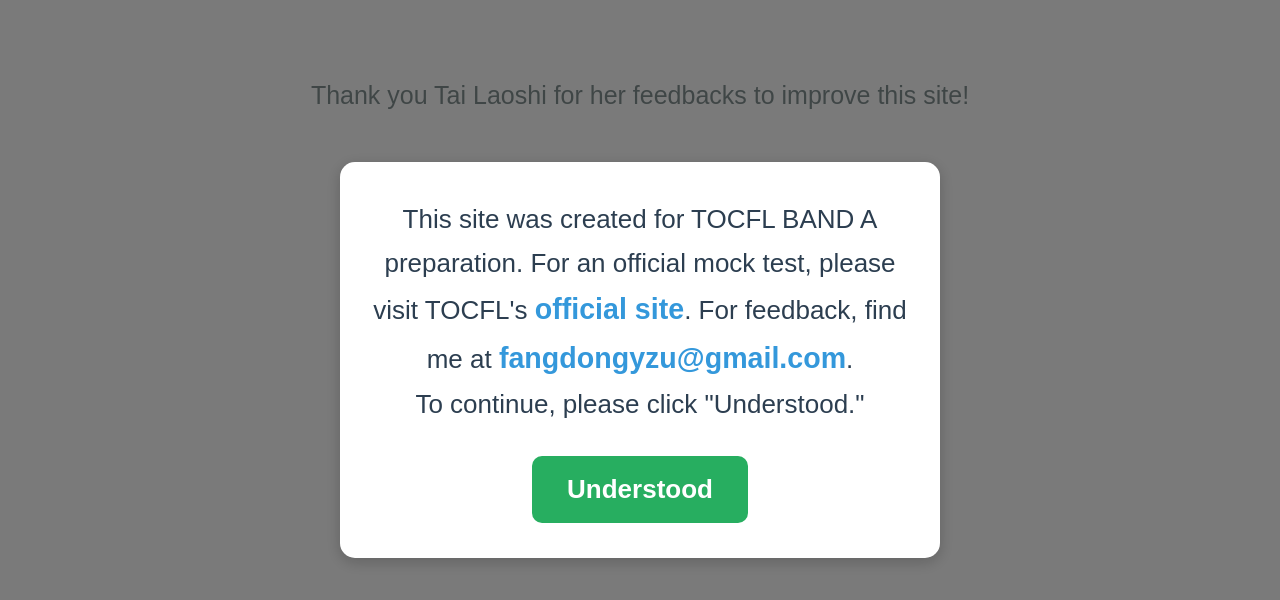
Repository: fangdongyzu/tocflmock
Page: index.html
These files come from the project's save history. The page is drawn as it stood at one moment and after the next save; the edit follows.
The browser window is 1280 px wide. The pictures show the whole page.

Above is the page before, as saved 2025-12-23 16:57:41.

### index.html
<!DOCTYPE html>
<html lang="en">
<head>
<meta charset="UTF-8">
<meta name="viewport" content="width=device-width, initial-scale=1.0">
<title>TOCFL MOCK BAND A PRACTICE</title>
<link rel="stylesheet" href="styles.css">
</head>
<body>

<div class="container">
    <!-- Modal -->
    <div id="modal">
        <div id="modalContent">
            <p>
                This site was created for TOCFL BAND A preparation. For an official mock test, please visit TOCFL's
                <a href="https://cbt.sc-top.org.tw/sctopj/" target="_blank">official site</a>. For feedback, find me at <a href="mailto:fangdongyzu@gmail.com">fangdongyzu@gmail.com</a>.<br>To continue, please click "Understood."
            </p>
            <button id="understoodBtn">Understood</button>
        </div>
    </div>

    <!-- Main Page -->
    <div id="mainPage">
        <header>
            <h1>TOCFL MOCK BAND A PRACTICE</h1>
            <p>Select a mock test to begin your practice</p>
        </header>

        <div class="mock-selection">
            <div class="mock" data-mock="5" data-reading="https://fangdongyzu.github.io/tocfl-mock5-reading/" data-listening="https://fangdongyzu.github.io/tocfl-mock5-listening/">
                <strong>MOCK 5</strong>
            </div>

            <div class="mock" data-mock="4" data-reading="https://fangdongyzu.github.io/tocfl-mock4-reading/" data-listening="https://fangdongyzu.github.io/tocfl-mock4-listening/">
                <strong>MOCK 4</strong>
            </div>

            <div class="mock" data-mock="3" data-reading="https://fangdongyzu.github.io/tocfl-mock3-reading/" data-listening="https://fangdongyzu.github.io/tocfl-mock3-listening/">
                <strong>MOCK 3</strong>
            </div>

            <div class="mock" data-mock="2" data-reading="https://fangdongyzu.github.io/tocfl-mock2-reading/" data-listening="https://fangdongyzu.github.io/tocfl-mock2-listening/">
                <strong>MOCK 2</strong>
            </div>

            <div class="mock" data-mock="1" data-reading="https://fangdongyzu.github.io/tocfl-mock1-reading/" data-listening="https://fangdongyzu.github.io/tocfl-mock1-listening/">
                <strong>MOCK 1</strong>
            </div>
        </div>
    </div>

    <!-- Choice Popup -->
    <div id="choicePopup">
        <p id="popupTitle"></p>
        <div class="buttons">
            <a id="readingBtn" target="_self"><button>Reading</button></a>
            <a id="listeningBtn" target="_self"><button>Listening</button></a>
        </div>
        <button id="closePopup">Exit</button>
    </div>
</div>

<script>
document.addEventListener('DOMContentLoaded', () => {
    const modal = document.getElementById('modal');
    const understoodBtn = document.getElementById('understoodBtn');
    const mainPage = document.getElementById('mainPage');
    const choicePopup = document.getElementById('choicePopup');
    const popupTitle = document.getElementById('popupTitle');
    const readingBtn = document.getElementById('readingBtn');
    const listeningBtn = document.getElementById('listeningBtn');
    const closePopup = document.getElementById('closePopup');

    // Show modal only once per session
    if (sessionStorage.getItem('tocflModalShown') === 'true') {
        modal.style.display = 'none';
        mainPage.style.display = 'block';
    } else {
        modal.style.display = 'flex';
        mainPage.style.display = 'none';
    }

    // Modal button
    understoodBtn.addEventListener('click', () => {
        modal.style.display = 'none';
        mainPage.style.display = 'block';
        sessionStorage.setItem('tocflModalShown', 'true');
    });

    // MOCK click to open popup
    document.querySelectorAll('.mock').forEach(mock => {
        mock.addEventListener('click', () => {
            const mockNumber = mock.dataset.mock;
            const readingLink = mock.dataset.reading;
            const listeningLink = mock.dataset.listening;

            popupTitle.textContent = `MOCK ${mockNumber}`;

            if (readingLink) {
                readingBtn.href = readingLink;
                readingBtn.style.display = 'inline-block';
            } else {
                readingBtn.style.display = 'none';
            }

            if (listeningLink) {
                listeningBtn.href = listeningLink;
                listeningBtn.style.display = 'inline-block';
            } else {
                listeningBtn.style.display = 'none';
            }

            choicePopup.style.display = 'flex';
        });
    });

    // Close popup
    closePopup.addEventListener('click', () => {
        choicePopup.style.display = 'none';
    });
});
</script>

</body>
<footer>
    <p>Thank you Tai Laoshi for her feedbacks to improve this site!</p>
</footer>
</html>

### styles.css
* {
    margin: 0;
    padding: 0;
    box-sizing: border-box;
}

body {
    font-family: 'Microsoft JhengHei', '微軟正黑體', Arial, sans-serif;
    line-height: 1.6;
    color: #333;
    background-color: #f5f5f5;
    font-size: 20px; /* Increased base font size */
    min-height: 100vh;
}

.container {
    max-width: 850px;
    margin: 0 auto;
    padding: 20px;
}

/* Modal */
#modal {
    position: fixed;
    top: 0;
    left: 0;
    width: 100%;
    height: 100%;
    background: rgba(0, 0, 0, 0.5);
    display: flex;
    justify-content: center;
    align-items: center;
    z-index: 1000;
    padding: 15px;
}

#modalContent {
    background: white;
    padding: 35px 30px; /* Increased padding */
    border-radius: 15px; /* Larger border radius */
    box-shadow: 0 4px 15px rgba(0,0,0,0.2); /* Enhanced shadow */
    max-width: 600px; /* Slightly wider */
    width: 100%;
    text-align: center;
    line-height: 1.7; /* Improved line height */
}

#modalContent p {
    margin-bottom: 30px;
    color: #2c3e50;
    font-size: 1.3em; /* Larger modal text */
    font-weight: 500; /* Slightly bolder */
}

#modalContent a {
    color: #3498db;
    text-decoration: none;
    font-weight: bold;
    font-size: 1.1em; /* Larger link text */
}

#modalContent a:hover {
    text-decoration: underline;
}

#modalContent button {
    padding: 18px 35px; /* Larger button */
    background: #27ae60;
    color: white;
    border: none;
    border-radius: 10px; /* Larger border radius */
    cursor: pointer;
    font-size: 1.3em; /* Larger button text */
    font-weight: bold;
    transition: background 0.3s;
    min-width: 180px; /* Wider button */
    min-height: 60px; /* Taller button */
}

#modalContent button:hover {
    background: #229954;
    transform: translateY(-2px); /* Added hover effect */
    box-shadow: 0 4px 8px rgba(0,0,0,0.2);
}

/* Main Page */
#mainPage {
    display: none;
    text-align: center;
    padding: 20px;
}

header {
    text-align: center;
    margin-bottom: 35px; /* Increased spacing */
    background: white;
    padding: 30px 25px; /* Increased padding */
    border-radius: 15px; /* Larger border radius */
    box-shadow: 0 4px 15px rgba(0,0,0,0.1); /* Enhanced shadow */
}

header h1 {
    color: #2c3e50;
    margin-bottom: 20px; /* Increased spacing */
    font-size: 2.5em; /* Larger heading */
    font-weight: 700; /* Bolder */
    line-height: 1.3; /* Better line height */
}

header p {
    color: #7f8c8d;
    font-size: 1.4em; /* Larger subtitle */
    font-weight: 500;
}

/* Mock Selection Styling */
.mock-selection {
    background: white;
    padding: 35px 30px; /* Increased padding */
    border-radius: 15px; /* Larger border radius */
    box-shadow: 0 4px 15px rgba(0,0,0,0.1); /* Enhanced shadow */
    margin-bottom: 25px; /* Increased spacing */
}

.mock {
    margin: 25px 0; /* Increased spacing */
    padding: 25px 20px; /* Increased padding */
    background: #f8f9fa;
    border: 3px solid #e9ecef; /* Thicker border */
    border-radius: 12px; /* Larger border radius */
    cursor: pointer;
    transition: all 0.3s;
    font-size: 1.4em; /* Larger text */
    min-height: 85px; /* Taller items */
    display: flex;
    align-items: center;
    justify-content: center;
    text-align: center;
}

.mock:hover {
    background: #e9ecef;
    border-color: #3498db;
    transform: translateY(-3px); /* Enhanced hover effect */
    box-shadow: 0 6px 12px rgba(0,0,0,0.15);
}

.mock strong {
    color: #2c3e50;
    font-size: 1.6em; /* Larger mock text */
    font-weight: 600;
    line-height: 1.4;
}

/* Choice Popup */
#choicePopup {
    position: fixed;
    top: 50%;
    left: 50%;
    transform: translate(-50%, -50%);
    background: white;
    padding: 35px 30px; /* Increased padding */
    border-radius: 15px; /* Larger border radius */
    box-shadow: 0 4px 20px rgba(0,0,0,0.2); /* Enhanced shadow */
    display: none;
    flex-direction: column;
    align-items: center;
    z-index: 2000;
    max-width: 550px; /* Slightly wider */
    width: 95%; /* More responsive width */
}

#popupTitle {
    font-size: 2em; /* Larger title */
    color: #2c3e50;
    margin-bottom: 30px; /* Increased spacing */
    text-align: center;
    font-weight: 700;
    line-height: 1.3;
}

#choicePopup .buttons {
    display: flex;
    gap: 25px; /* Increased gap */
    margin-bottom: 30px; /* Increased spacing */
    width: 100%;
    justify-content: center;
    flex-wrap: wrap; /* Allow wrapping on small screens */
}

#choicePopup .buttons a {
    text-decoration: none;
    flex: 1;
    min-width: 160px; /* Minimum width for buttons */
    max-width: 200px; /* Maximum width */
}

#choicePopup .buttons button {
    width: 100%;
    padding: 20px 25px; /* Larger padding */
    background: #3498db;
    color: white;
    border: none;
    border-radius: 12px; /* Larger border radius */
    cursor: pointer;
    font-size: 1.3em; /* Larger text */
    font-weight: bold;
    transition: all 0.3s;
    min-height: 70px; /* Taller buttons */
    line-height: 1.4;
}

#choicePopup .buttons button:hover {
    background: #2980b9;
    transform: translateY(-2px);
    box-shadow: 0 4px 8px rgba(0,0,0,0.2);
}

#choicePopup #closePopup {
    padding: 18px 30px; /* Larger padding */
    background: #e74c3c;
    color: white;
    border: none;
    border-radius: 12px; /* Larger border radius */
    cursor: pointer;
    font-size: 1.2em; /* Larger text */
    font-weight: bold;
    transition: all 0.3s;
    min-width: 140px; /* Wider button */
    min-height: 60px; /* Taller button */
    margin-top: 10px;
}

#choicePopup #closePopup:hover {
    background: #c0392b;
    transform: translateY(-2px);
    box-shadow: 0 4px 8px rgba(0,0,0,0.2);
}

/* Enhanced Responsive Design for Mobile */
@media (max-width: 768px) {
    body {
        font-size: 18px; /* Larger base font size for tablets */
    }

    .container {
        padding: 15px;
        max-width: 100%;
    }

    #modal {
        padding: 10px;
    }

    #modalContent {
        padding: 30px 25px;
        margin: 10px;
    }

    #modalContent p {
        font-size: 1.2em; /* Adjusted for mobile */
        line-height: 1.6;
    }

    #modalContent button {
        padding: 16px 30px;
        font-size: 1.2em;
        min-width: 160px;
        min-height: 55px;
    }

    header {
        padding: 25px 20px;
        margin-bottom: 25px;
        border-radius: 12px;
    }

    header h1 {
        font-size: 2em; /* Adjusted for mobile */
        margin-bottom: 15px;
        line-height: 1.3;
    }

    header p {
        font-size: 1.2em;
    }

    .mock-selection {
        padding: 25px 20px;
        border-radius: 12px;
    }

    .mock {
        padding: 22px 18px;
        font-size: 1.2em;
        min-height: 75px;
        margin: 20px 0;
        border-radius: 10px;
        border-width: 2px;
    }

    .mock strong {
        font-size: 1.4em;
    }

    #choicePopup {
        padding: 30px 25px;
        border-radius: 12px;
        width: 90%;
    }

    #popupTitle {
        font-size: 1.7em;
        margin-bottom: 25px;
    }

    #choicePopup .buttons {
        flex-direction: column;
        gap: 20px;
        width: 100%;
    }

    #choicePopup .buttons a {
        min-width: 100%;
        max-width: 100%;
    }

    #choicePopup .buttons button {
        min-height: 65px;
        font-size: 1.2em;
        padding: 18px 20px;
    }

    #choicePopup #closePopup {
        min-width: 100%;
        font-size: 1.1em;
        padding: 16px 25px;
        min-height: 55px;
    }
}

@media (max-width: 480px) {
    body {
        font-size: 16px; /* Base size for small mobile */
    }

    .container {
        padding: 10px;
    }

    header {
        padding: 20px 15px;
        border-radius: 10px;
    }

    header h1 {
        font-size: 1.8em; /* Larger for small screens */
        line-height: 1.3;
    }

    header p {
        font-size: 1.1em;
    }

    .mock-selection {
        padding: 20px 15px;
        border-radius: 10px;
    }

    .mock {
        padding: 20px 15px;
        min-height: 70px;
        margin: 18px 0;
        border-radius: 8px;
        font-size: 1.1em;
    }

    .mock strong {
        font-size: 1.3em;
        line-height: 1.4;
    }

    #modalContent {
        padding: 25px 20px;
    }

    #modalContent p {
        font-size: 1.1em;
    }

    #modalContent button {
        padding: 15px 25px;
        font-size: 1.1em;
        min-width: 140px;
        min-height: 50px;
    }

    #choicePopup {
        padding: 25px 20px;
        border-radius: 10px;
    }

    #popupTitle {
        font-size: 1.5em;
        margin-bottom: 20px;
    }

    #choicePopup .buttons button {
        min-height: 60px;
        font-size: 1.1em;
        padding: 16px 18px;
    }

    #choicePopup #closePopup {
        padding: 15px 20px;
        min-height: 50px;
        font-size: 1.1em;
    }
}

/* Extra small devices (phones under 360px) */
@media (max-width: 360px) {
    body {
        font-size: 15px;
    }

    header h1 {
        font-size: 1.6em;
    }

    .mock strong {
        font-size: 1.2em;
    }

    #modalContent p {
        font-size: 1em;
    }

    #popupTitle {
        font-size: 1.3em;
    }
}

/* Accessibility: Ensure good contrast and touch targets */
@media (max-width: 768px) {
    .mock,
    #modalContent button,
    #choicePopup .buttons button,
    #choicePopup #closePopup {
        min-height: 44px; /* Minimum touch target size */
    }

    /* Increase tap targets for mobile */
    .mock {
        padding: 20px 15px;
    }
}

/* Prevent text size adjustment on orientation change */
html {
    -webkit-text-size-adjust: 100%;
    text-size-adjust: 100%;
}

/* Footer Styling */
footer {
    text-align: center;
    margin-top: 12px;      /* Creates space between content and footer */
    margin-bottom: 12px;
    padding: 25px 20px;

}

footer p {
    color: #7f8c8d;        /* Matches your header subtitle color */
    font-size: 1.25em;      /* Slightly smaller than main text for hierarchy */
    font-weight: 500;
    line-height: 1.5;
}

After the next save:
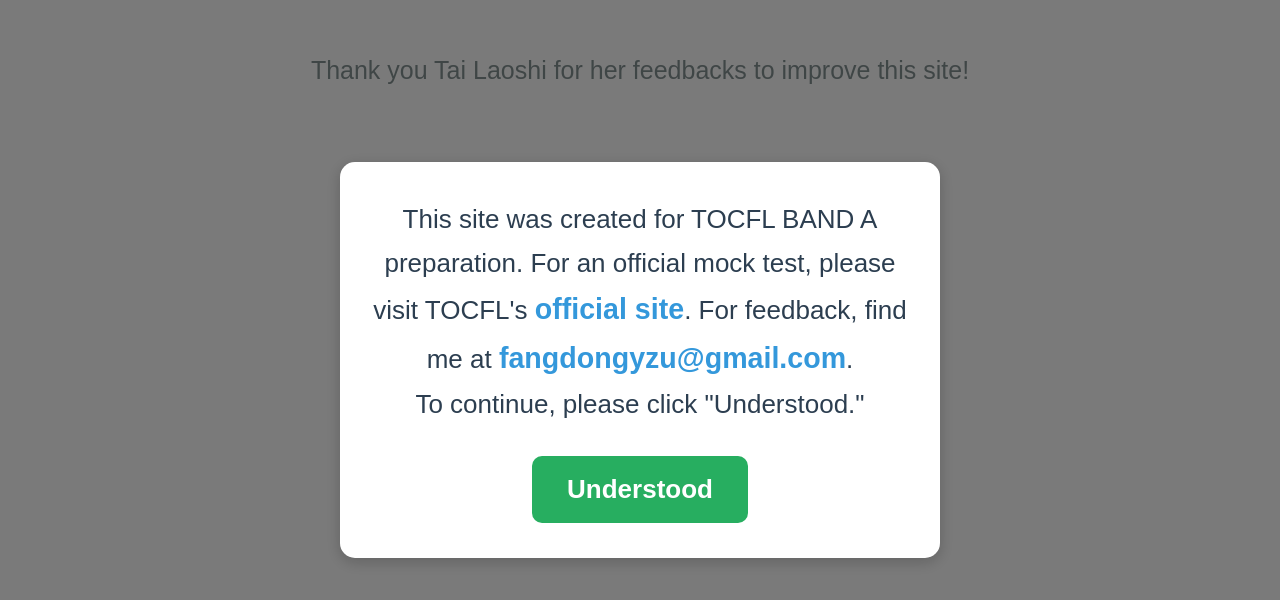
Saved 38 s later.
--- a/styles.css
+++ b/styles.css
@@ -467,7 +467,7 @@
     text-align: center;
     margin-top: 12px;      /* Creates space between content and footer */
     margin-bottom: 12px;
-    padding: 25px 20px;
+
 
 }
 

After the save that followed:
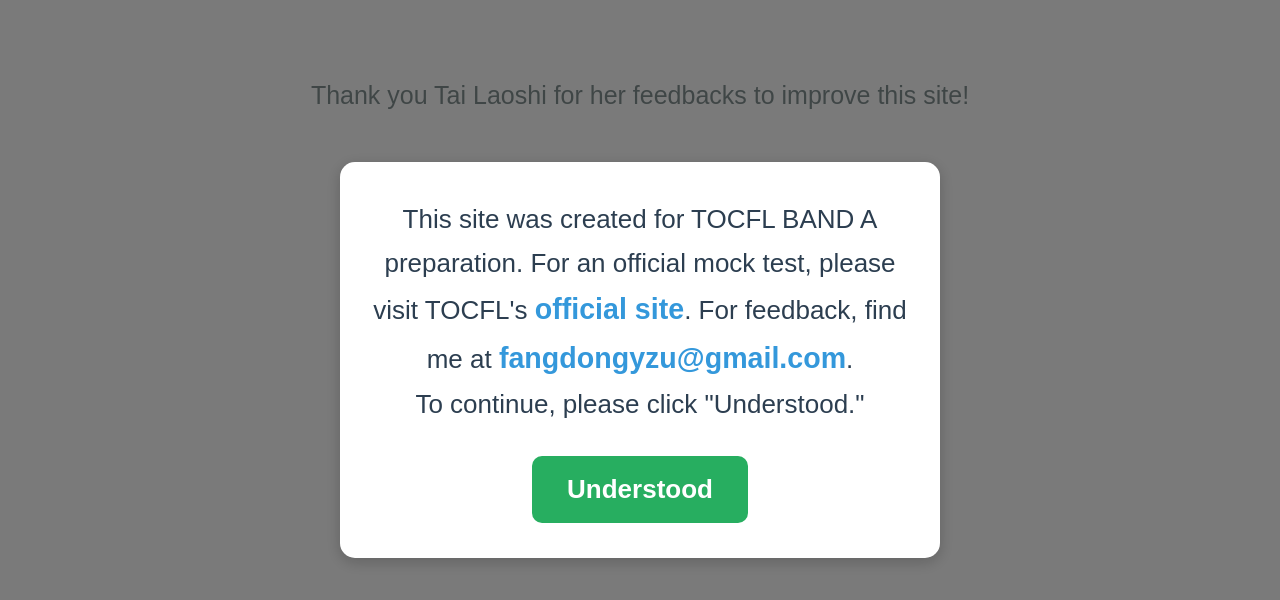
Saved 4 s later.
--- a/styles.css
+++ b/styles.css
@@ -467,7 +467,7 @@
     text-align: center;
     margin-top: 12px;      /* Creates space between content and footer */
     margin-bottom: 12px;
-
+    padding: 25px 20px;
 
 }
 
